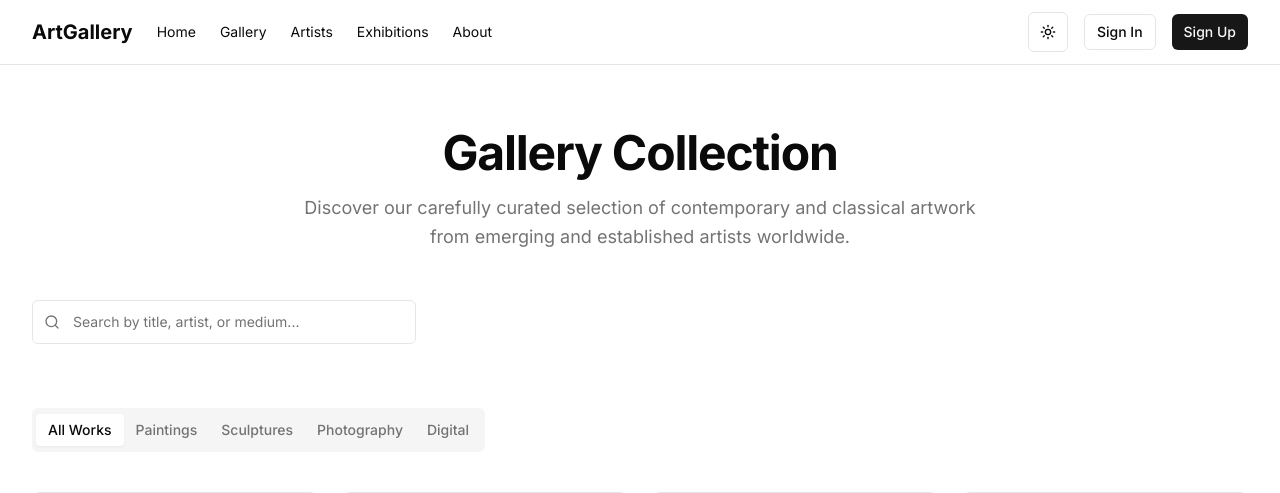
Repository: flow-ctrl369/gallery-cloneX
Page: /gallery
The author's editor kept a copy of each file at every save. The page is drawn from the files as they stood at one save, then again after the next save.
The browser window is 1280 px wide. The pictures show the part of the page from y = 0 to 493 px (the page is 2200 px tall).
Pictures or frames that could not be fetched are drawn as grey boxes. The project was rebuilt for these pictures with package versions that can differ from the ones it lists, and the page was loaded fresh each time. The framework's server and built-in components were replaced by stand-ins that run in the browser. Also part of the build but not shown: next.config.mjs.

Above is the page before, as saved 2025-06-02 01:48:38.

After the next save:
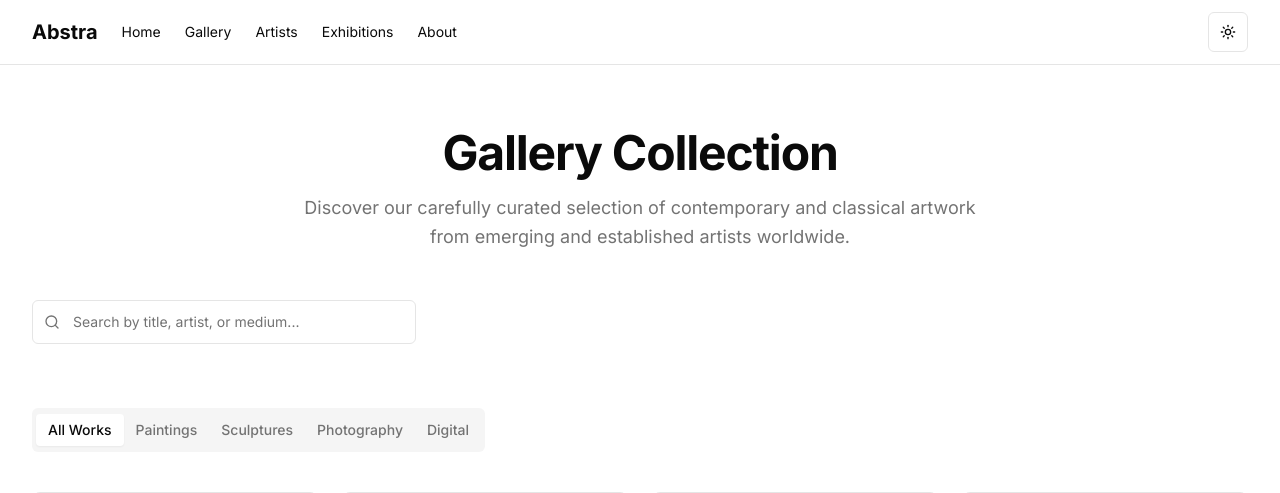
Saved 13 s later.
--- a/components/header.tsx
+++ b/components/header.tsx
@@ -9,7 +9,7 @@ export default function Header() {
     <header className="sticky top-0 z-50 w-full border-b bg-background/95 backdrop-blur supports-[backdrop-filter]:bg-background/60">
       <div className="container flex h-16 items-center">
         <Link href="/" className="mr-6 flex items-center space-x-2">
-          <span className="text-xl font-bold">ArtGallery</span>
+          <span className="text-xl font-bold">Abstra</span>
         </Link>
         <nav className="hidden md:flex flex-1 items-center gap-6 text-sm">
           <Link href="/" className="transition-colors hover:text-foreground/80">
@@ -28,42 +28,32 @@ export default function Header() {
             About
           </Link>
         </nav>
-        <div className="flex items-center gap-4">
+        <div className="flex items-center gap-2">
           <ModeToggle />
-          <Button variant="outline" size="sm" className="hidden md:flex">
-            Sign In
-          </Button>
-          <Button size="sm" className="hidden md:flex">
-            Sign Up
-          </Button>
           <Sheet>
             <SheetTrigger asChild>
-              <Button variant="outline" size="icon" className="md:hidden">
+              <Button variant="ghost" size="icon" className="md:hidden">
                 <Menu className="h-5 w-5" />
                 <span className="sr-only">Toggle menu</span>
               </Button>
             </SheetTrigger>
             <SheetContent side="right">
-              <nav className="grid gap-6 text-lg font-medium">
-                <Link href="/" className="hover:text-foreground/80">
+              <nav className="flex flex-col gap-4">
+                <Link href="/" className="text-lg font-medium">
                   Home
                 </Link>
-                <Link href="/gallery" className="hover:text-foreground/80">
+                <Link href="/gallery" className="text-lg font-medium">
                   Gallery
                 </Link>
-                <Link href="/artists" className="hover:text-foreground/80">
+                <Link href="/artists" className="text-lg font-medium">
                   Artists
                 </Link>
-                <Link href="/exhibitions" className="hover:text-foreground/80">
+                <Link href="/exhibitions" className="text-lg font-medium">
                   Exhibitions
                 </Link>
-                <Link href="/about" className="hover:text-foreground/80">
+                <Link href="/about" className="text-lg font-medium">
                   About
                 </Link>
-                <div className="flex flex-col gap-2 mt-4">
-                  <Button variant="outline">Sign In</Button>
-                  <Button>Sign Up</Button>
-                </div>
               </nav>
             </SheetContent>
           </Sheet>
